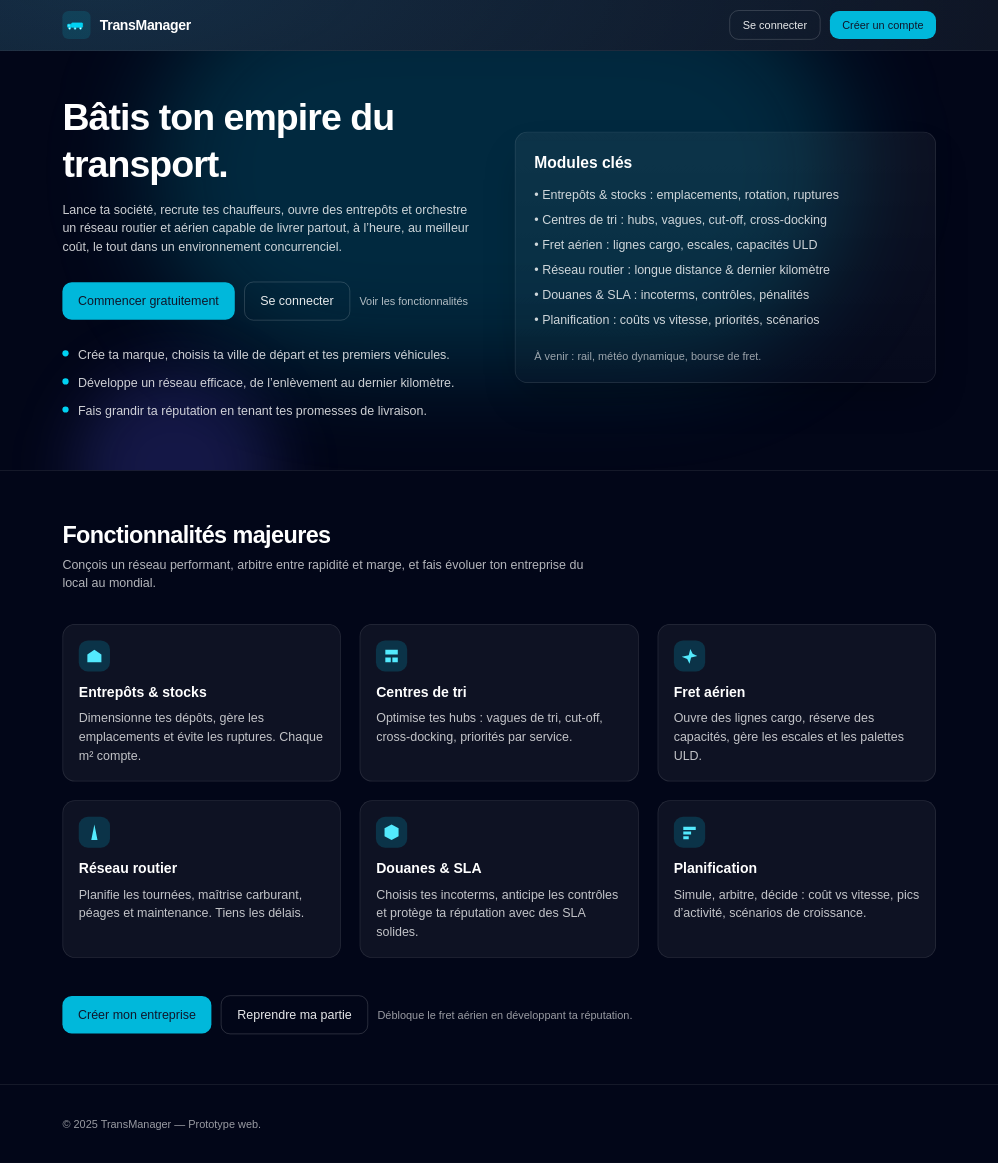
Repository: mathys65/transmanager
Page: /
An editor plug-in stored every save of this project. The page is shown before and after the next save, followed by the edit.
The browser window is 1280 px wide. The pictures show the whole page, at 78% of full size.
The project was rebuilt for these pictures with package versions that can differ from the ones it lists, and the page was loaded fresh each time. The framework's server and built-in components were replaced by stand-ins that run in the browser. Also part of the build but not shown: next.config.ts.

Above is the page before, as saved 2025-09-14 19:08:27.

### src/app/page.tsx
import Link from "next/link";
import Navbar from "@/components/Navbar";

export default function HomePage() {
  return (
    <main className="min-h-screen bg-slate-950 text-white">
      <Navbar />

      {/* Hero */}
      <section className="relative overflow-hidden">
        <div className="pointer-events-none absolute inset-0">
          <div className="absolute -top-24 left-1/2 h-[500px] w-[900px] -translate-x-1/2 rounded-full bg-cyan-500/20 blur-3xl"></div>
          <div className="absolute -bottom-32 left-24 h-64 w-64 rounded-full bg-indigo-500/20 blur-2xl"></div>
        </div>

        <div className="relative mx-auto max-w-6xl px-4 pb-16 pt-14">
          <div className="grid items-center gap-10 md:grid-cols-2">
            <div>
              <h1 className="text-4xl font-extrabold leading-tight tracking-tight md:text-5xl">
                Bâtis ton empire du transport.
              </h1>
              <p className="mt-4 text-white/80">
                Lance ta société, recrute tes chauffeurs, ouvre des entrepôts et orchestre un réseau
                routier et aérien capable de livrer partout, à l’heure, au meilleur coût, le tout dans un environnement concurrenciel.
              </p>

              <div className="mt-8 flex flex-wrap items-center gap-3">
                <Link
                  href="/auth/signup"
                  className="rounded-xl bg-cyan-500 px-5 py-3 font-medium text-slate-900 transition hover:bg-cyan-400"
                >
                  Commencer gratuitement
                </Link>
                <Link
                  href="/auth/signin"
                  className="rounded-xl border border-white/20 px-5 py-3 font-medium text-white/90 transition hover:bg-white/10"
                >
                  Se connecter
                </Link>
                <a
                  href="#features"
                  className="text-sm text-white/70 underline-offset-4 hover:underline"
                >
                  Voir les fonctionnalités
                </a>
              </div>

              <ul className="mt-8 grid max-w-xl gap-3 text-white/80">
                {[
                  "Crée ta marque, choisis ta ville de départ et tes premiers véhicules.",
                  "Développe un réseau efficace, de l’enlèvement au dernier kilomètre.",
                  "Fais grandir ta réputation en tenant tes promesses de livraison.",
                ].map((t) => (
                  <li key={t} className="flex items-start gap-3">
                    <span className="mt-[6px] inline-block h-2 w-2 rounded-full bg-cyan-400"></span>
                    <span>{t}</span>
                  </li>
                ))}
              </ul>
            </div>

            {/* Bloc visuel simple (modules clés) */}
            <div className="relative">
              <div className="rounded-2xl border border-white/10 bg-gradient-to-b from-white/5 to-white/[0.02] p-6 shadow-2xl">
                <h3 className="text-xl font-semibold">Modules clés</h3>
                <ul className="mt-4 space-y-2 text-white/80">
                  <li>• Entrepôts & stocks : emplacements, rotation, ruptures</li>
                  <li>• Centres de tri : hubs, vagues, cut-off, cross-docking</li>
                  <li>• Fret aérien : lignes cargo, escales, capacités ULD</li>
                  <li>• Réseau routier : longue distance & dernier kilomètre</li>
                  <li>• Douanes & SLA : incoterms, contrôles, pénalités</li>
                  <li>• Planification : coûts vs vitesse, priorités, scénarios</li>
                </ul>
                <div className="mt-6 text-sm text-white/60">
                  À venir : rail, météo dynamique, bourse de fret.
                </div>
              </div>
              <div className="pointer-events-none absolute -inset-2 -z-10 rounded-3xl bg-cyan-500/10 blur-2xl"></div>
            </div>
          </div>
        </div>
      </section>

      {/* Features */}
      <section id="features" className="relative border-t border-white/10">
        <div className="mx-auto max-w-6xl px-4 py-16">
          <h2 className="text-2xl font-bold tracking-tight md:text-3xl">Fonctionnalités majeures</h2>
          <p className="mt-2 max-w-2xl text-white/70">
            Conçois un réseau performant, arbitre entre rapidité et marge, et fais évoluer ton
            entreprise du local au mondial.
          </p>

          <div className="mt-10 grid gap-6 md:grid-cols-3">
            <Feature
              title="Entrepôts & stocks"
              desc="Dimensionne tes dépôts, gère les emplacements et évite les ruptures. Chaque m² compte."
              icon={
                <svg viewBox="0 0 24 24" className="h-6 w-6" aria-hidden>
                  <path d="M3 10l9-6 9 6v10H3V10z" fill="currentColor" />
                </svg>
              }
            />
            <Feature
              title="Centres de tri"
              desc="Optimise tes hubs : vagues de tri, cut-off, cross-docking, priorités par service."
              icon={
                <svg viewBox="0 0 24 24" className="h-6 w-6" aria-hidden>
                  <path d="M4 4h16v6H4zM4 14h7v6H4zM13 14h7v6h-7z" fill="currentColor" />
                </svg>
              }
            />
            <Feature
              title="Fret aérien"
              desc="Ouvre des lignes cargo, réserve des capacités, gère les escales et les palettes ULD."
              icon={
                <svg viewBox="0 0 24 24" className="h-6 w-6" aria-hidden>
                  <path d="M2 13l9-2 2-8 3 6 6 3-8 2-2 8-3-6-7-3z" fill="currentColor" />
                </svg>
              }
            />
            <Feature
              title="Réseau routier"
              desc="Planifie les tournées, maîtrise carburant, péages et maintenance. Tiens les délais."
              icon={
                <svg viewBox="0 0 24 24" className="h-6 w-6" aria-hidden>
                  <path d="M12 2l4 20H8L12 2zM3 22h18" fill="currentColor" />
                </svg>
              }
            />
            <Feature
              title="Douanes & SLA"
              desc="Choisis tes incoterms, anticipe les contrôles et protège ta réputation avec des SLA solides."
              icon={
                <svg viewBox="0 0 24 24" className="h-6 w-6" aria-hidden>
                  <path d="M12 2l9 5v10l-9 5-9-5V7l9-5z" fill="currentColor" />
                </svg>
              }
            />
            <Feature
              title="Planification"
              desc="Simule, arbitre, décide : coût vs vitesse, pics d’activité, scénarios de croissance."
              icon={
                <svg viewBox="0 0 24 24" className="h-6 w-6" aria-hidden>
                  <path d="M4 5h16v4H4zM4 11h10v4H4zM4 17h7v4H4z" fill="currentColor" />
                </svg>
              }
            />
          </div>

          <div className="mt-12 flex flex-wrap items-center gap-3">
            <Link
              href="/auth/signup"
              className="rounded-xl bg-cyan-500 px-5 py-3 font-medium text-slate-900 transition hover:bg-cyan-400"
            >
              Créer mon entreprise
            </Link>
            <Link
              href="/auth/signin"
              className="rounded-xl border border-white/20 px-5 py-3 font-medium text-white/90 transition hover:bg-white/10"
            >
              Reprendre ma partie
            </Link>
            <span className="text-sm text-white/60">
              Débloque le fret aérien en développant ta réputation.
            </span>
          </div>
        </div>
      </section>

      {/* Footer */}
      <footer className="border-t border-white/10 py-10">
        <div className="mx-auto max-w-6xl px-4 text-sm text-white/60">
          © {new Date().getFullYear()} TransManager — Prototype web.
        </div>
      </footer>
    </main>
  );
}

function Feature({
  title,
  desc,
  icon,
}: {
  title: string;
  desc: string;
  icon: React.ReactNode;
}) {
  return (
    <div className="group rounded-2xl border border-white/10 bg-white/5 p-5 transition hover:border-cyan-400/50 hover:bg-white/[0.08]">
      <div className="mb-3 inline-flex items-center justify-center rounded-xl bg-cyan-500/20 p-2 text-cyan-300">
        {icon}
      </div>
      <h3 className="text-lg font-semibold">{title}</h3>
      <p className="mt-2 text-white/75">{desc}</p>
    </div>
  );
}

### src/app/globals.css
@import "tailwindcss";


:root {
  --background: #ffffff;
  --foreground: #171717;
}

@theme inline {
  --color-background: var(--background);
  --color-foreground: var(--foreground);
  --font-sans: var(--font-geist-sans);
  --font-mono: var(--font-geist-mono);
}

@media (prefers-color-scheme: dark) {
  :root {
    --background: #0a0a0a;
    --foreground: #ededed;
  }
}

body {
  background: var(--background);
  color: var(--foreground);
  font-family: Arial, Helvetica, sans-serif;
}

### src/components/Navbar.tsx
"use client";

import Link from "next/link";

export default function Navbar() {
  return (
    <header className="sticky top-0 z-40 w-full border-b border-white/10 bg-[radial-gradient(1200px_400px_at_10%_-20%,rgba(56,189,248,0.15),transparent),linear-gradient(to_right,rgba(17,24,39,0.85),rgba(17,24,39,0.85))] backdrop-blur">
      <div className="mx-auto flex h-16 max-w-6xl items-center justify-between px-4">
        <Link href="/" className="flex items-center gap-3">
          {/* Logo : camion minimaliste */}
          <div className="inline-flex h-9 w-9 items-center justify-center rounded-lg bg-cyan-500/15">
            <svg
              viewBox="0 0 64 32"
              width="28"
              height="28"
              fill="none"
              stroke="currentColor"
              strokeWidth="2"
              className="text-cyan-400"
            >
              {/* Cabine */}
              <rect x="6" y="14" width="12" height="9" rx="1.5" fill="currentColor" />
              {/* Fenêtre cabine */}
              <rect x="7.5" y="15.5" width="5" height="4" rx="0.5" fill="white" />
              {/* Remorque */}
              <rect x="18" y="10" width="32" height="13" rx="2" fill="currentColor" />
              {/* Roues */}
              <circle cx="12" cy="26" r="3" fill="white" stroke="currentColor" strokeWidth="2" />
              <circle cx="28" cy="26" r="3" fill="white" stroke="currentColor" strokeWidth="2" />
              <circle cx="44" cy="26" r="3" fill="white" stroke="currentColor" strokeWidth="2" />
            </svg>
          </div>
          <span className="text-lg font-semibold tracking-tight text-white">TransManager</span>
        </Link>

        <nav className="flex items-center gap-3">
          <Link
            href="/auth/signin"
            className="rounded-xl border border-white/20 px-4 py-2 text-sm text-white/90 transition hover:bg-white/10"
          >
            Se connecter
          </Link>
          <Link
            href="/auth/signup"
            className="rounded-xl bg-cyan-500 px-4 py-2 text-sm font-medium text-slate-900 transition hover:bg-cyan-400"
          >
            Créer un compte
          </Link>
        </nav>
      </div>
    </header>
  );
}

Loaded but not shown: src/app/layout.tsx (common file)

After the next save:
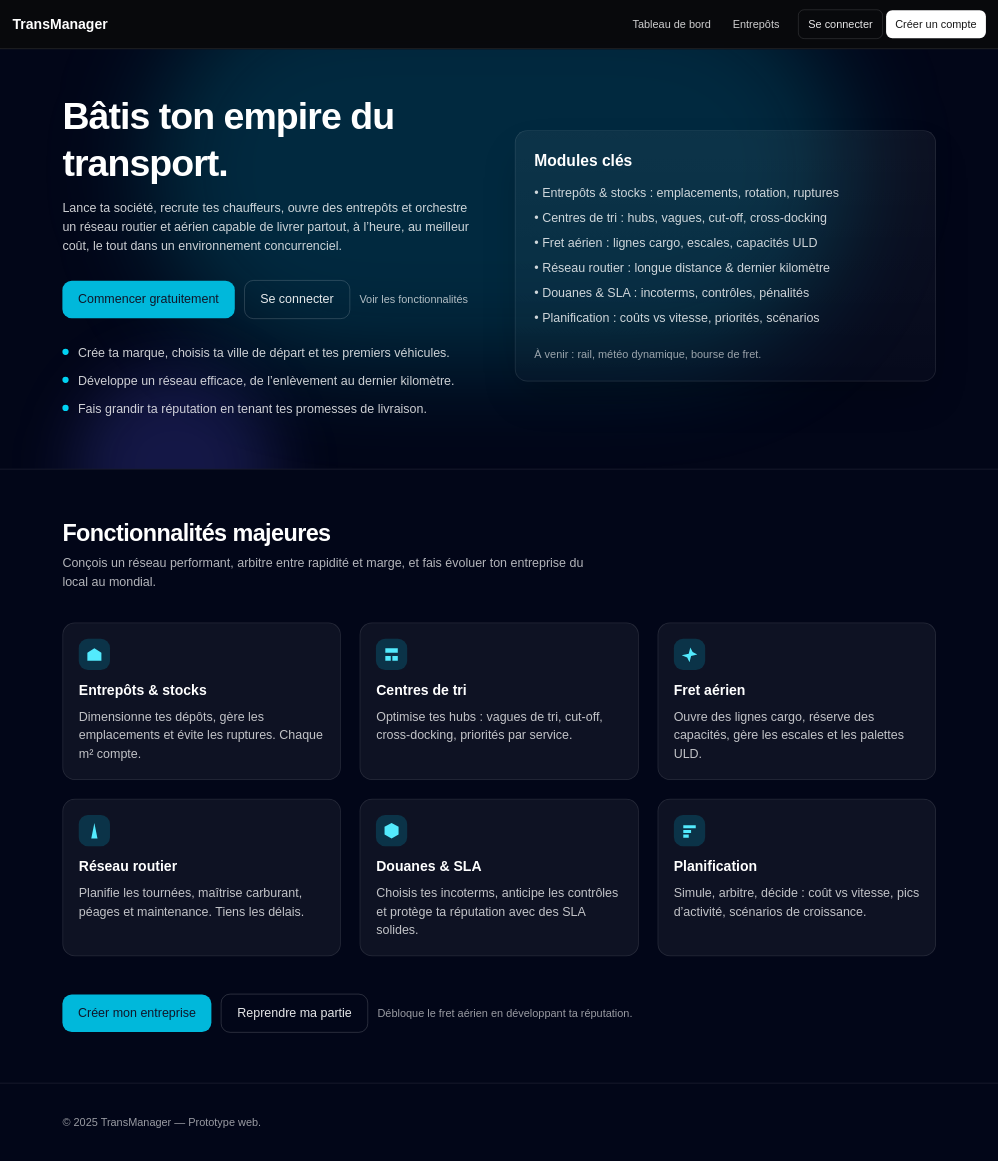
Saved 2 min 14 s later.
--- a/src/components/Navbar.tsx
+++ b/src/components/Navbar.tsx
@@ -1,53 +1,50 @@
-"use client";
+'use client';
 
-import Link from "next/link";
+import Link from 'next/link';
+import { usePathname } from 'next/navigation';
 
 export default function Navbar() {
+  const pathname = usePathname();
+
+  const Item = ({ href, label }: { href: string; label: string }) => {
+    const active = pathname === href || (href !== '/' && pathname?.startsWith(href));
+    return (
+      <Link
+        href={href}
+        className={[
+          'px-3 py-2 rounded-lg text-sm transition-colors',
+          active ? 'bg-white/10 text-white' : 'text-white/80 hover:text-white hover:bg-white/10',
+        ].join(' ')}
+      >
+        {label}
+      </Link>
+    );
+  };
+
   return (
-    <header className="sticky top-0 z-40 w-full border-b border-white/10 bg-[radial-gradient(1200px_400px_at_10%_-20%,rgba(56,189,248,0.15),transparent),linear-gradient(to_right,rgba(17,24,39,0.85),rgba(17,24,39,0.85))] backdrop-blur">
-      <div className="mx-auto flex h-16 max-w-6xl items-center justify-between px-4">
-        <Link href="/" className="flex items-center gap-3">
-          {/* Logo : camion minimaliste */}
-          <div className="inline-flex h-9 w-9 items-center justify-center rounded-lg bg-cyan-500/15">
-            <svg
-              viewBox="0 0 64 32"
-              width="28"
-              height="28"
-              fill="none"
-              stroke="currentColor"
-              strokeWidth="2"
-              className="text-cyan-400"
-            >
-              {/* Cabine */}
-              <rect x="6" y="14" width="12" height="9" rx="1.5" fill="currentColor" />
-              {/* Fenêtre cabine */}
-              <rect x="7.5" y="15.5" width="5" height="4" rx="0.5" fill="white" />
-              {/* Remorque */}
-              <rect x="18" y="10" width="32" height="13" rx="2" fill="currentColor" />
-              {/* Roues */}
-              <circle cx="12" cy="26" r="3" fill="white" stroke="currentColor" strokeWidth="2" />
-              <circle cx="28" cy="26" r="3" fill="white" stroke="currentColor" strokeWidth="2" />
-              <circle cx="44" cy="26" r="3" fill="white" stroke="currentColor" strokeWidth="2" />
-            </svg>
-          </div>
-          <span className="text-lg font-semibold tracking-tight text-white">TransManager</span>
+    <header className="w-full sticky top-0 z-40 bg-neutral-950/80 backdrop-blur border-b border-white/10">
+      <nav className="mx-auto max-w-7xl px-4 py-3 flex items-center justify-between">
+        <Link href="/" className="flex items-center gap-2">
+          <span className="text-lg font-semibold">TransManager</span>
         </Link>
 
-        <nav className="flex items-center gap-3">
+        <div className="flex items-center gap-1">
+          <Item href="/dashboard" label="Tableau de bord" />
+          <Item href="/warehouses" label="Entrepôts" />
           <Link
             href="/auth/signin"
-            className="rounded-xl border border-white/20 px-4 py-2 text-sm text-white/90 transition hover:bg-white/10"
+            className="ml-2 px-3 py-2 rounded-lg text-sm border border-white/15 text-white/90 hover:bg-white/10"
           >
             Se connecter
           </Link>
           <Link
             href="/auth/signup"
-            className="rounded-xl bg-cyan-500 px-4 py-2 text-sm font-medium text-slate-900 transition hover:bg-cyan-400"
+            className="px-3 py-2 rounded-lg text-sm bg-white text-neutral-900 hover:bg-neutral-200"
           >
             Créer un compte
           </Link>
-        </nav>
-      </div>
+        </div>
+      </nav>
     </header>
   );
 }
